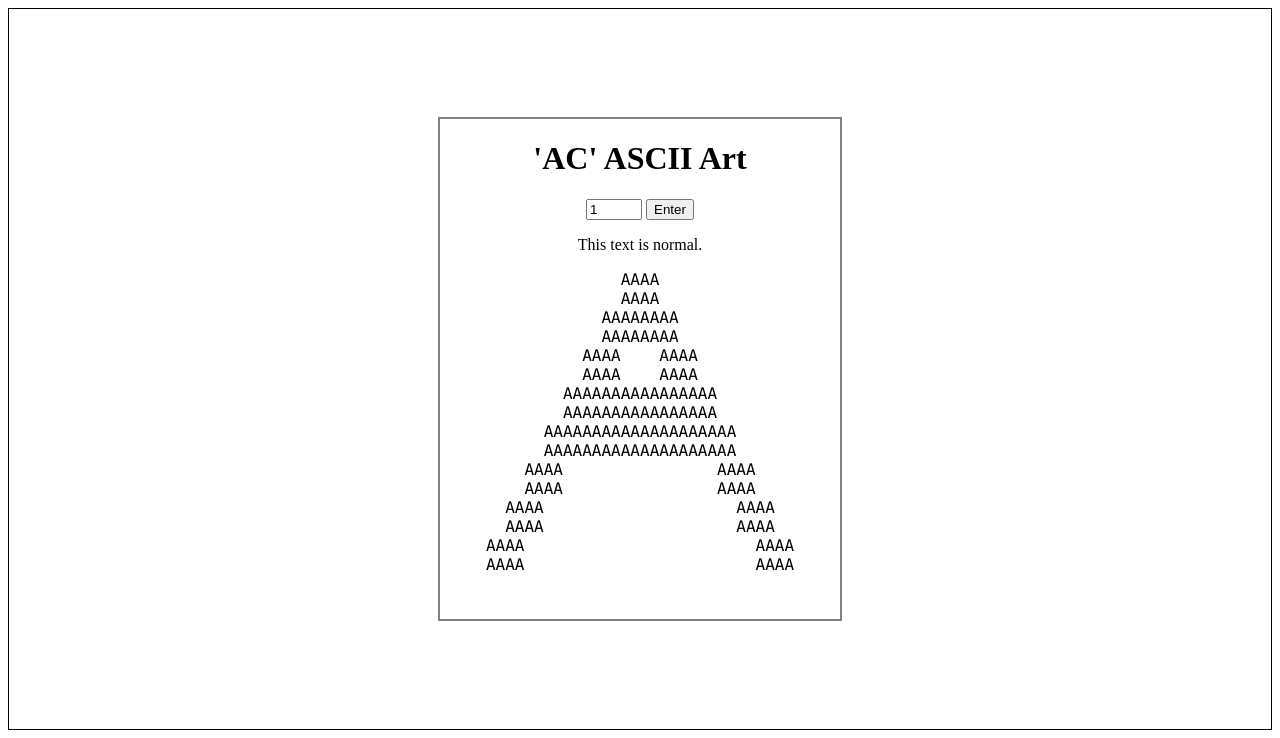
Repository: Achorn/ascii-art
Page: index.html
An editor plug-in stored every save of this project. The page is shown before and after the next save, followed by the edit.
The browser window is 1280 px wide. The pictures show the whole page.

Above is the page before, as saved 2021-08-09 16:27:20.

### index.html
<!DOCTYPE html>
<html lang="en">
  <head>
    <link rel="stylesheet" href="styles.css" />
    <meta charset="UTF-8" />
    <meta http-equiv="X-UA-Compatible" content="IE=edge" />
    <meta name="viewport" content="width=device-width, initial-scale=1.0" />
    <title>Document</title>
  </head>
  <body>
    <form>
      <h1>'AC' ASCII Art</h1>
      <input type="number" min="1" value="1" max="10" />
      <button>Enter</button>
      <div id="ascii">
        <p>This text is normal.</p>
        <p id="mono" style="font-family: 'Lucida Console', monospace">
          This text is monospace text.
        </p>
      </div>
    </form>
    <script type="text/javascript" src="myscripts.js"></script>
  </body>
</html>

### styles.css
body {
  border: 1px solid black;
  display: flex;
  flex-direction: column;
  justify-content: center;
  align-items: center;
  height: 100vh;
}

form {
  border: 2px solid grey;
  height: 500px;
  width: 400px;
  text-align: center;
}

.ascii {
  border-radius: 1px solid black;
}
#mono {
  white-space: pre;
}

### myscripts.js
console.log("hello");

let a = [
  [" ", " ", " ", "A", "A", " ", " ", " "],
  [" ", " ", "A", " ", " ", "A", " ", " "],
  [" ", "A", "A", "A", "A", "A", "A", " "],
  ["A", " ", " ", " ", " ", " ", " ", "A"],
];

let eight = [
  [
    " ",
    " ",
    " ",
    " ",
    " ",
    " ",
    " ",
    "A",
    "A",
    " ",
    " ",
    " ",
    " ",
    " ",
    " ",
    " ",
  ],
  [
    " ",
    " ",
    " ",
    " ",
    " ",
    " ",
    "A",
    "A",
    "A",
    "A",
    " ",
    " ",
    " ",
    " ",
    " ",
    " ",
  ],
  [
    " ",
    " ",
    " ",
    " ",
    " ",
    "A",
    "A",
    " ",
    " ",
    "A",
    "A",
    " ",
    " ",
    " ",
    " ",
    " ",
  ],
  [
    " ",
    " ",
    " ",
    " ",
    "A",
    "A",
    "A",
    "A",
    "A",
    "A",
    "A",
    "A",
    " ",
    " ",
    " ",
    " ",
  ],
  [
    " ",
    " ",
    " ",
    "A",
    "A",
    "A",
    "A",
    "A",
    "A",
    "A",
    "A",
    "A",
    "A",
    " ",
    " ",
    " ",
  ],
  [
    " ",
    " ",
    "A",
    "A",
    " ",
    " ",
    " ",
    " ",
    " ",
    " ",
    " ",
    " ",
    "A",
    "A",
    " ",
    " ",
  ],
  [
    " ",
    "A",
    "A",
    " ",
    " ",
    " ",
    " ",
    " ",
    " ",
    " ",
    " ",
    " ",
    " ",
    "A",
    "A",
    " ",
  ],
  [
    "A",
    "A",
    " ",
    " ",
    " ",
    " ",
    " ",
    " ",
    " ",
    " ",
    " ",
    " ",
    " ",
    " ",
    "A",
    "A",
  ],
];

// for (let i = 0; i < eight.length; i++) {
//   console.log(eight[i].join(""));
// }

function scaleSpread(array, factor) {
  const scaled = [];

  for (const row of array) {
    let x = [];

    for (const item of row) x.push(...Array(factor).fill(item));

    scaled.push(...Array(factor).fill(x));
  }

  return scaled;
}
let sixteen = scaleSpread(eight, 2);

function arrToString(arr) {
  let string = "";
  for (let i = 0; i < arr.length; i++) {
    string += arr[i].join("") + "<br>";
  }
  return string;
}

let mono = document.getElementById("mono");
console.log(mono.innerHTML);
mono.innerHTML = eight.join();

mono.innerHTML = arrToString(sixteen);

After the next save:
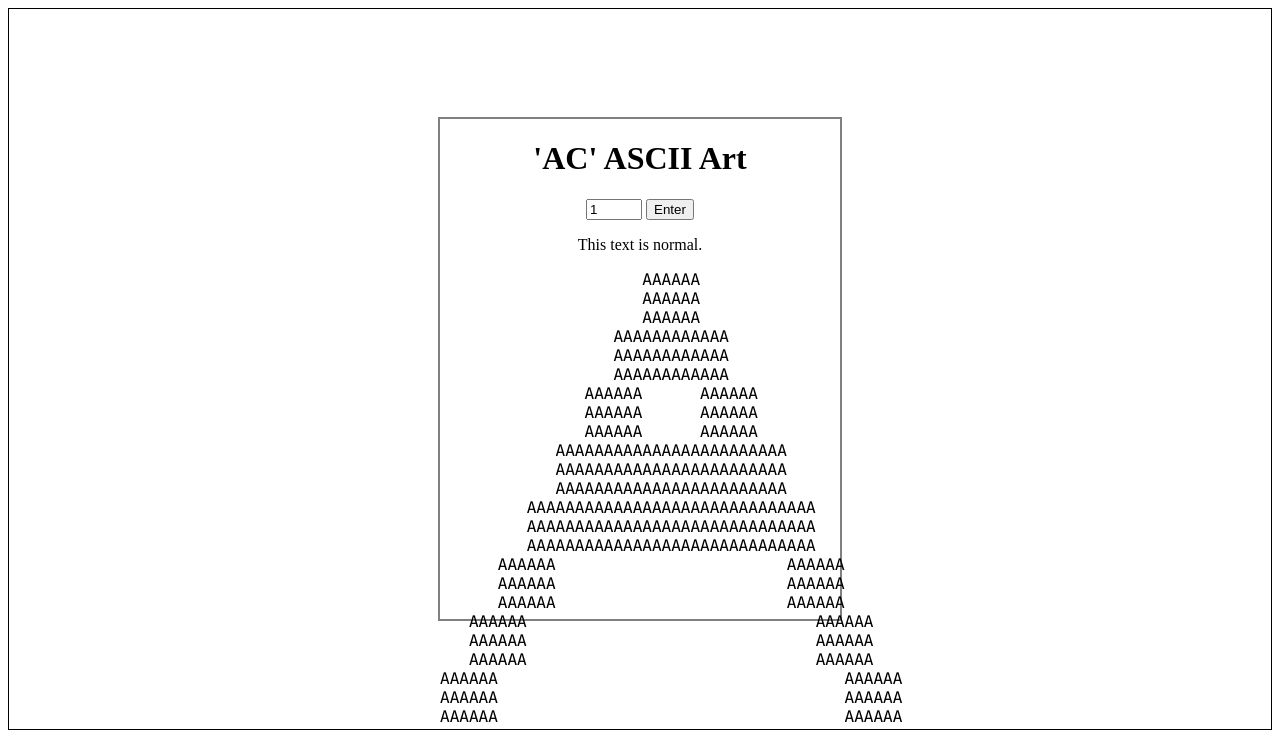
Saved 34 s later.
--- a/myscripts.js
+++ b/myscripts.js
@@ -171,7 +171,7 @@ function scaleSpread(array, factor) {
 
   return scaled;
 }
-let sixteen = scaleSpread(eight, 2);
+let sixteen = scaleSpread(eight, 3);
 
 function arrToString(arr) {
   let string = "";
